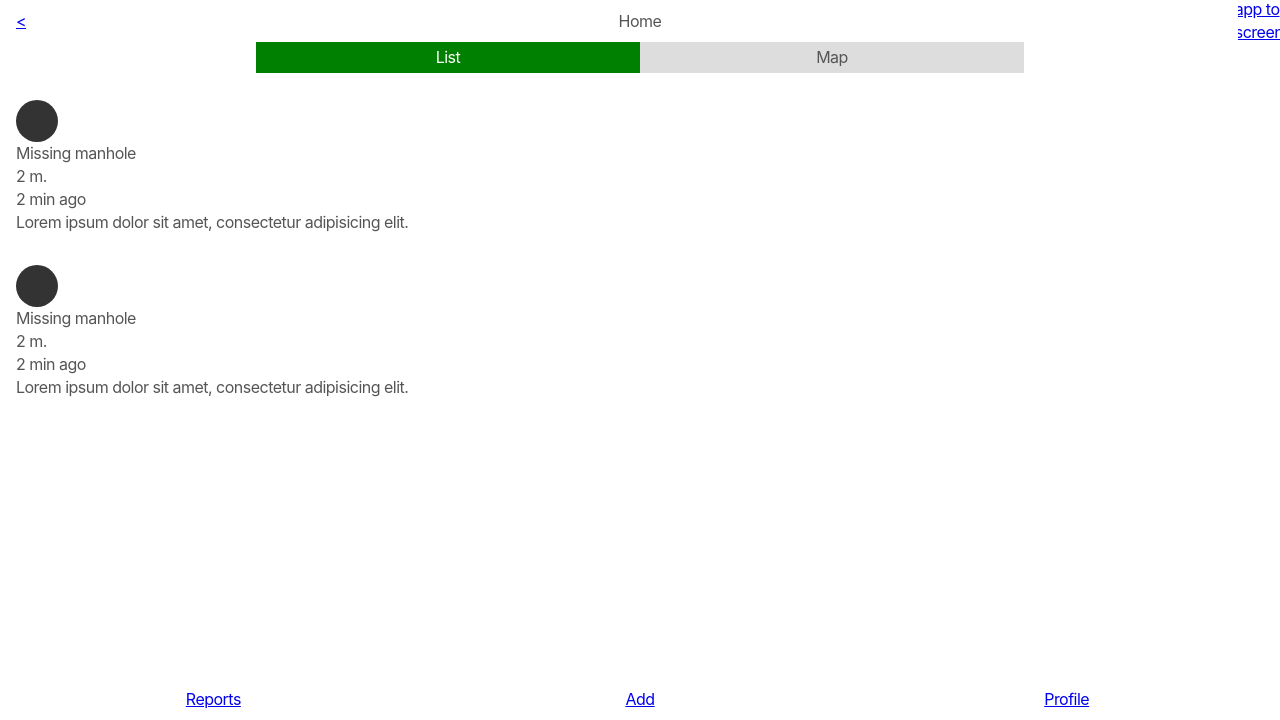
Repository: aleksandrenko/html-css-playground
Page: reports.html
The author's editor kept a copy of each file at every save. The page is drawn from the files as they stood at one save, then again after the next save.
The browser window is 1280 px wide. The pictures show the whole page.

Above is the page before, as saved 2018-01-19 17:40:02.

After the next save:
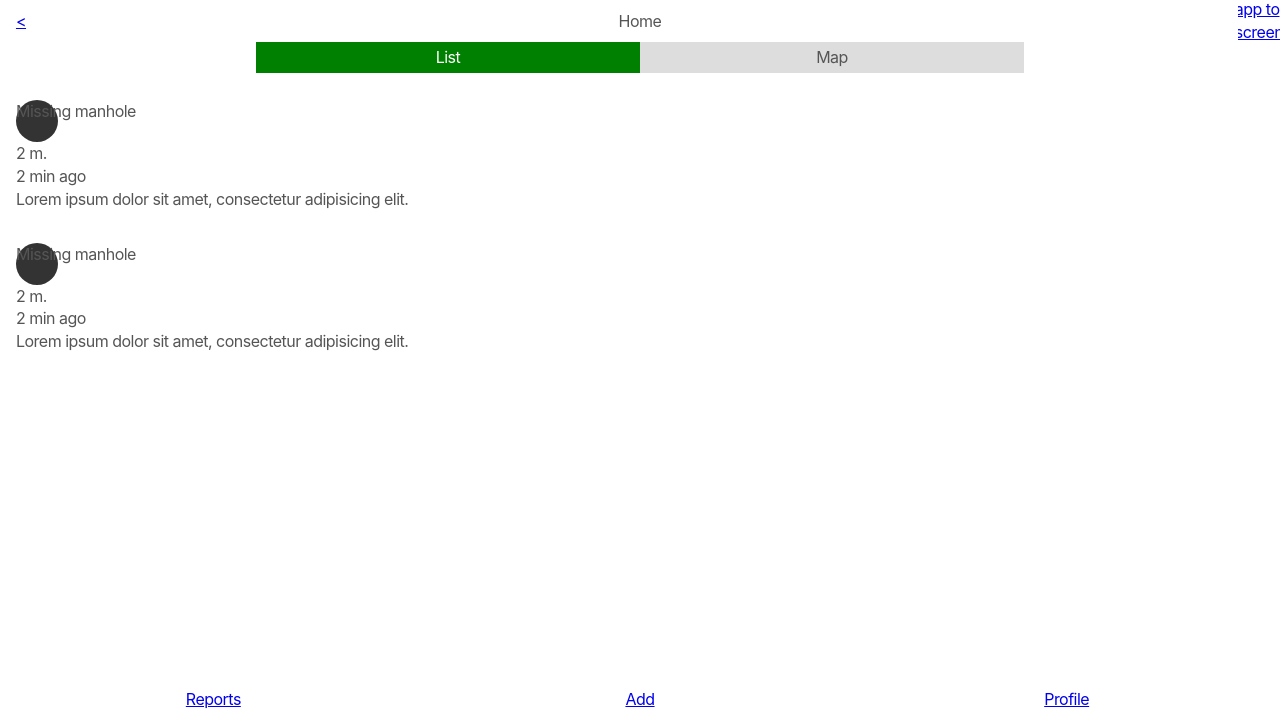
Saved 2 min 19 s later.
--- a/css/pages/reports.css
+++ b/css/pages/reports.css
@@ -14,6 +14,11 @@ reports report picture {
   height: 42px;
   border-radius: 50%;
   background: #333;
+}
+
+reports report name {
+  position: absolute;
+  top:
 }
 
 sub-header views {
